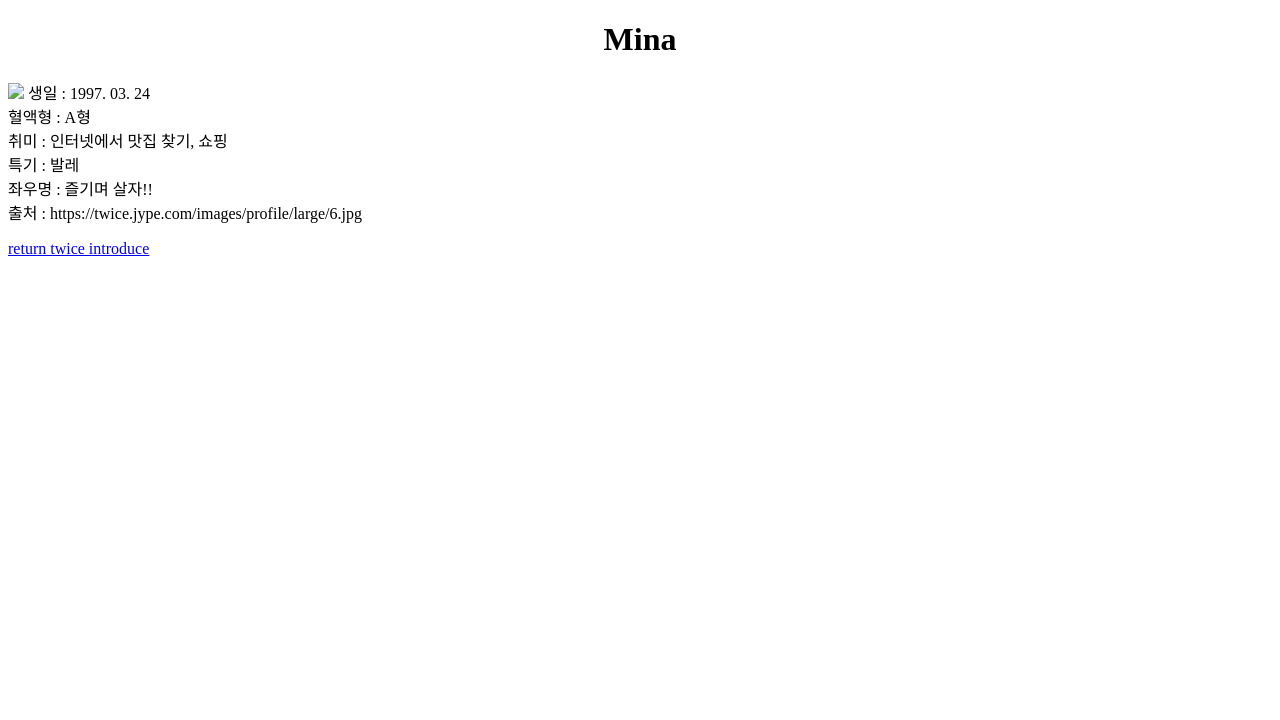
Repository: lbj0314/webTest
Page: Html_2/WebContent/media/mina.html
These files come from the project's save history. The page is drawn as it stood at one moment and after the next save; the edit follows.
The browser window is 1280 px wide. The pictures show the whole page.

Above is the page before, as saved 2019-10-15 02:14:37.

After the next save:
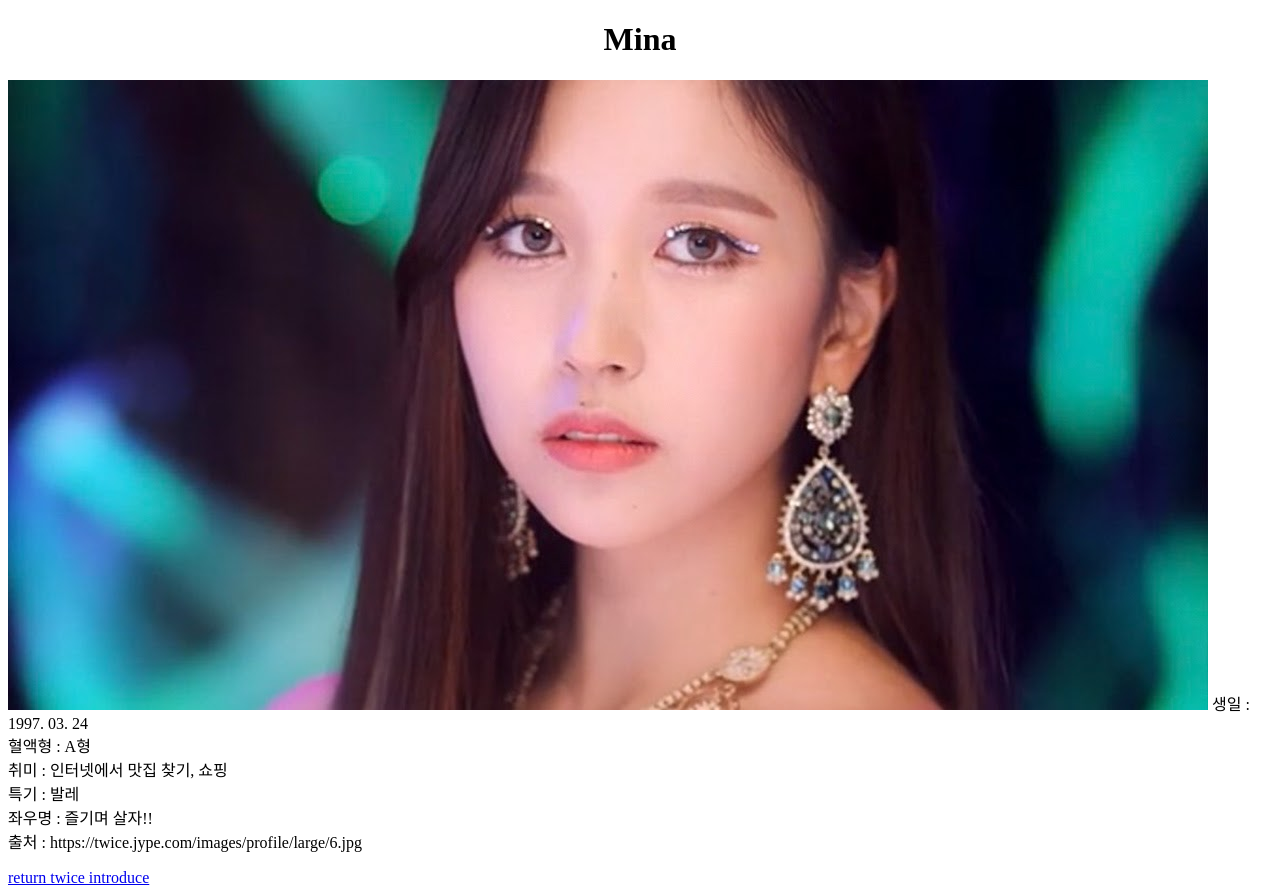
Saved 21 s later.
--- a/Html_2/WebContent/media/mina.html
+++ b/Html_2/WebContent/media/mina.html
@@ -7,7 +7,7 @@
 <body>
 <h1 align="center">Mina</h1>
 <p>
-<img src="/Html_2/imgs/mina.html">
+<img src="/Html_2/imgs/mina.jpg">
 생일 : 1997. 03. 24 <br>
 혈액형 : A형<br>
 취미 : 인터넷에서 맛집 찾기, 쇼핑<br>
